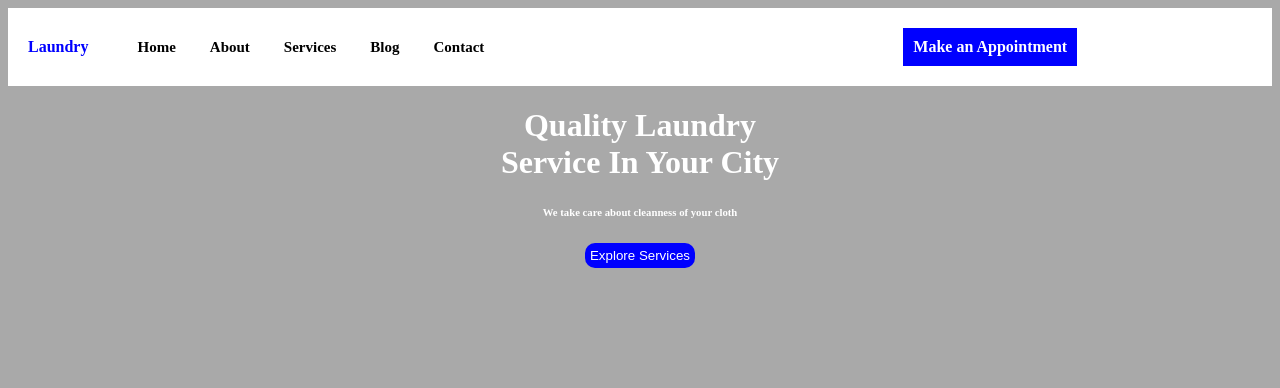
Repository: Tobby004/BDC-Assignment-4
Page: index.html
The author's editor kept a copy of each file at every save. The page is drawn from the files as they stood at one save, then again after the next save.
The browser window is 1280 px wide. The pictures show the whole page.

Above is the page before, as saved 2023-03-08 05:02:06.

After the next save:
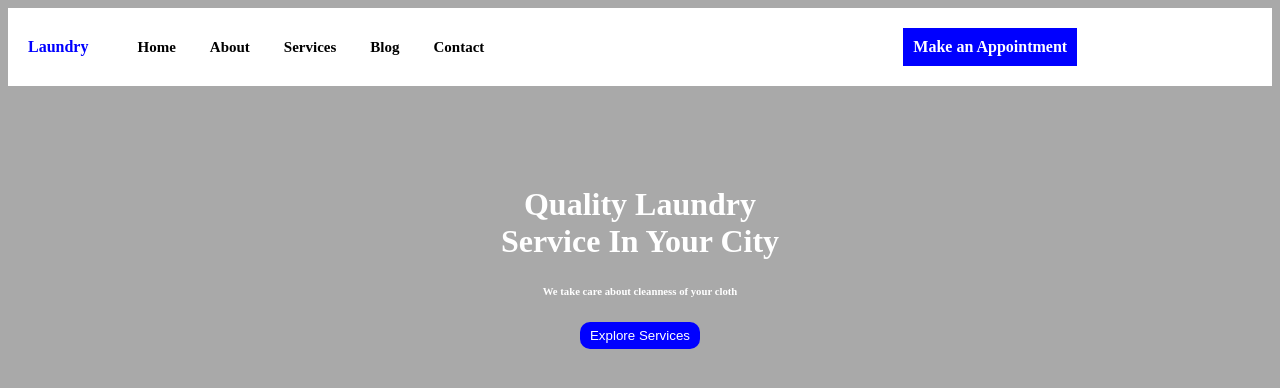
Saved 113 s later.
--- a/task.css
+++ b/task.css
@@ -35,6 +35,7 @@ body {
 h1 {
     text-align: center;
     color: white;
+    margin-top: 100px;
 }
 h6 {
     text-align: center;
@@ -43,8 +44,9 @@ h6 {
 button {
     background:blue;
     color: white;
-    padding: 5px;
+    padding: 6px;
     border: none;
+    width: 120px;
     justify-content: center;
     border-radius: 10px;
 
